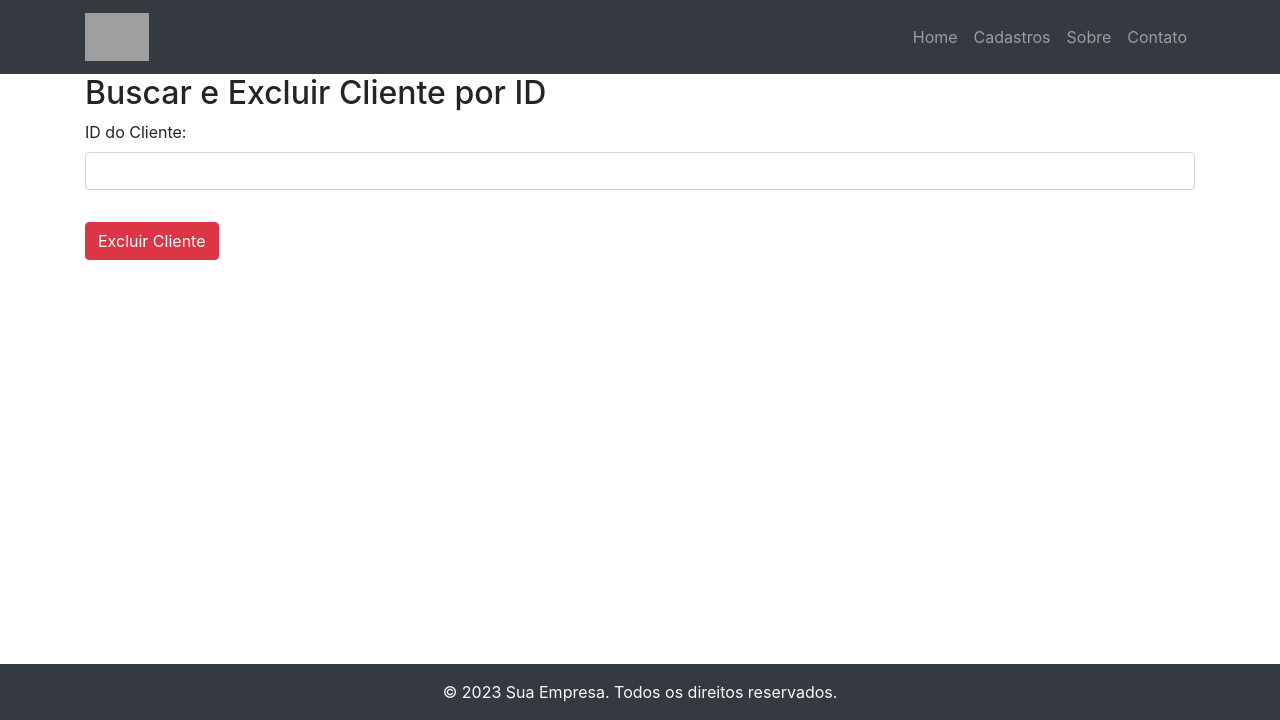
Repository: hagartelles/serveletProject
Page: http://localhost/BeltourServerlet/DeleteClient.jsp
These files come from the project's save history. The page is drawn as it stood at one moment and after the next save; the edit follows.
The browser window is 1280 px wide. The pictures show the whole page.
Pictures or frames that could not be fetched are drawn as grey boxes. The page is served by Tomcat 9.

Above is the page before, as saved 2023-11-06 01:40:49.

After the next save:
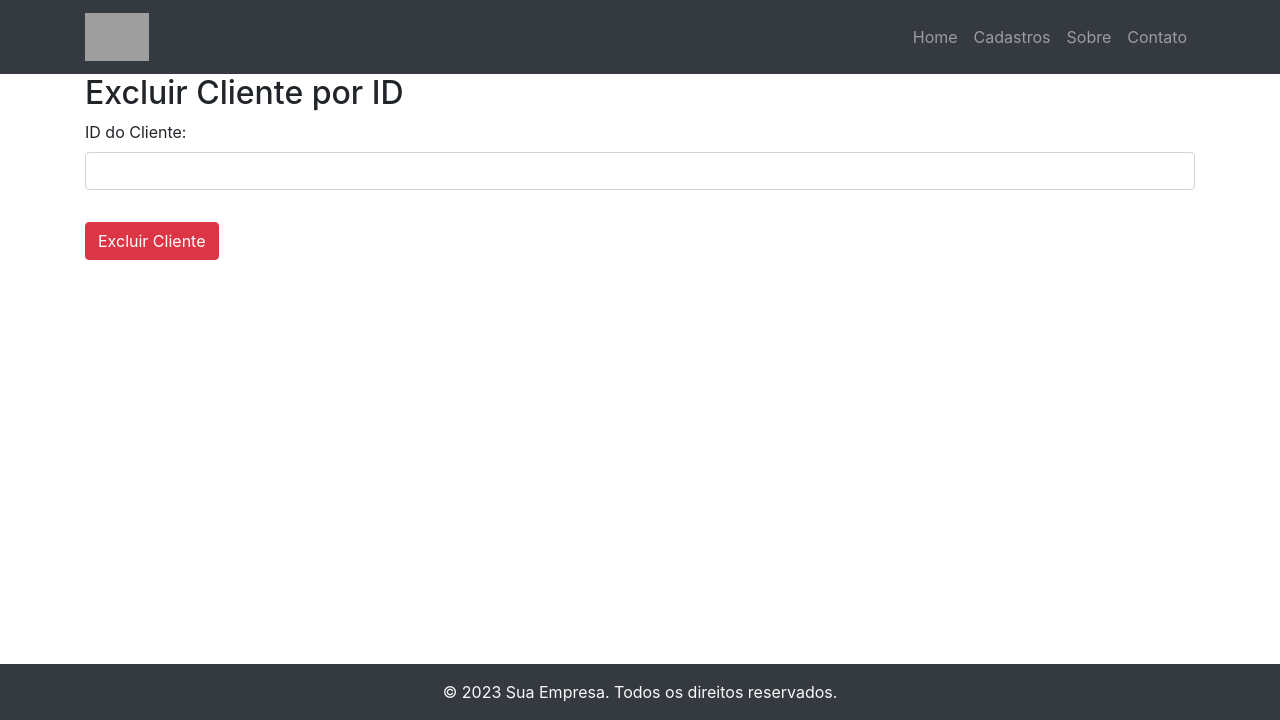
Saved 21 s later.
--- a/BeltourServerlet/src/main/webapp/DeleteClient.jsp
+++ b/BeltourServerlet/src/main/webapp/DeleteClient.jsp
@@ -38,7 +38,7 @@
 
     <!-- Corpo da Página -->
     <div class="container">
-        <h2>Buscar e Excluir Cliente por ID</h2>
+        <h2>Excluir Cliente por ID</h2>
         <form action="DeleteController" method="post">
             <div class="form-group">
                 <label for="clienteId">ID do Cliente:</label>
